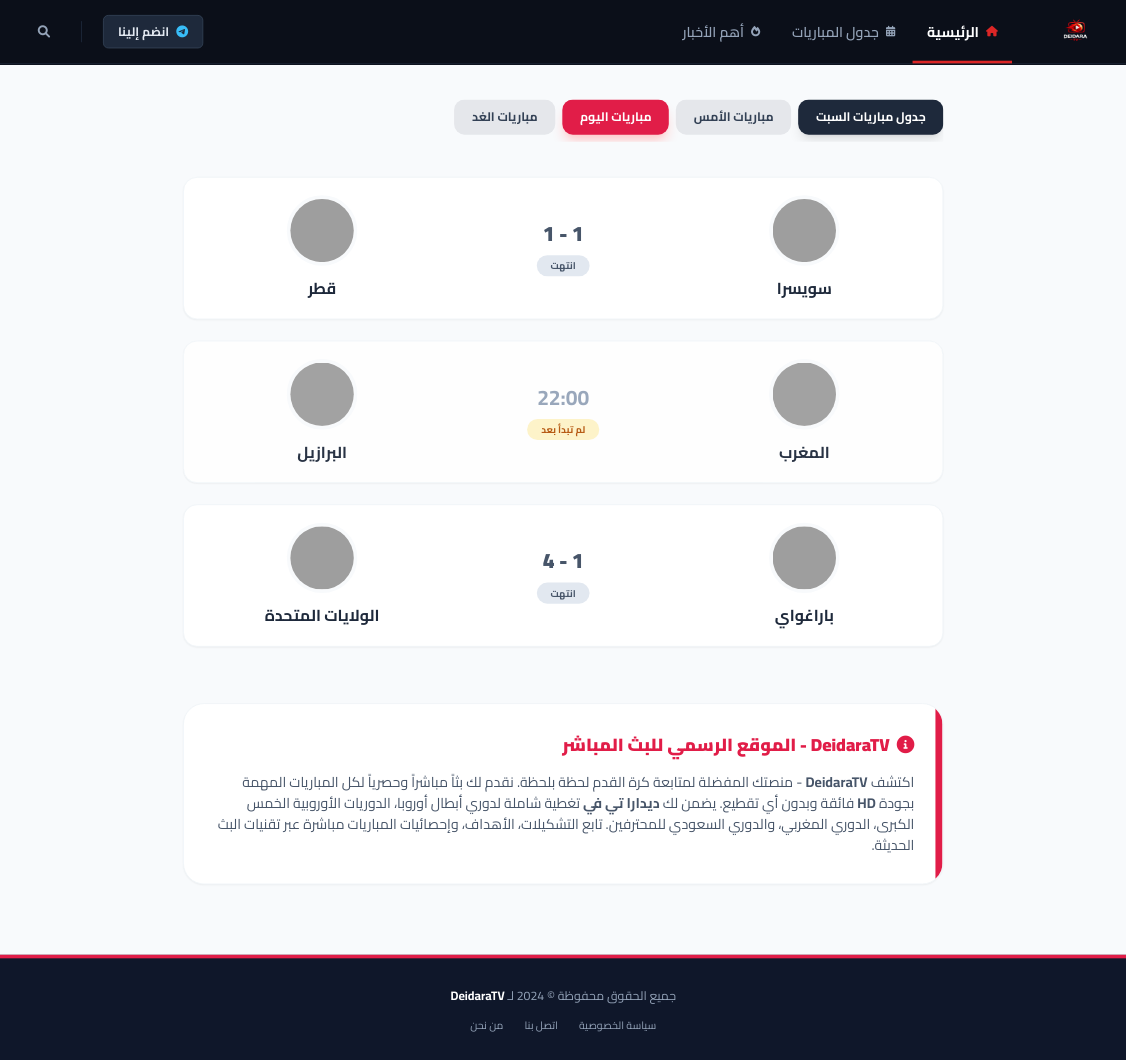
Repository: zakariax05/deidaraTV
Page: index.html
An editor plug-in stored every save of this project. The page is shown before and after the next save, followed by the edit.
The browser window is 1280 px wide. The pictures show the whole page, at 88% of full size.
Pictures or frames that could not be fetched are drawn as grey boxes. Some web libraries are served in a nearby version.

Above is the page before, as saved 2026-06-14 03:45:35.

### index.html
<!DOCTYPE html>
<html lang="ar" dir="rtl">

<head>
  <meta charset="UTF-8">
  <meta name="viewport" content="width=device-width, initial-scale=1.0">
  <title>DeidaraTV - ديدارا تي في | بث مباشر للمباريات</title>
  <script src="https://cdn.tailwindcss.com"></script>
  <link href="https://cdnjs.cloudflare.com/ajax/libs/font-awesome/6.0.0/css/all.min.css" rel="stylesheet">
  <style>
    @import url('https://fonts.googleapis.com/css2?family=Cairo:wght@400;600;700;900&display=swap');

    body {
      font-family: Cairo, sans-serif;
      background-color: #f8fafc;
    }

    .match-card {
      transition: all 0.3s ease;
    }

    .match-card:hover {
      box-shadow: 0 10px 20px -5px rgba(0, 0, 0, 0.1);
    }

    .bg-red-primary {
      background-color: #e11d48;
    }

    .text-red-primary {
      color: #e11d48;
    }

    .border-red-primary {
      border-color: #e11d48;
    }
  </style>
</head>

<body class="text-slate-800">

  <!-- Header / الهيدر -->
  <!-- الهيدر المطور للرئيسية - DeidaraTV -->
  <header class="bg-[#0b0f19] text-slate-300 border-b border-slate-800/80 sticky top-0 z-[100]">
    <div class="container mx-auto px-4 lg:px-8">
      <div class="flex justify-between items-center h-16 md:h-[72px]" dir="rtl">

        <div class="flex items-center gap-8 lg:gap-12">
          <div onclick="window.location.reload()"
            class="flex items-center gap-3 cursor-pointer group select-none relative z-50">
            <img src="imgs/logo-deidaratv.png" alt="DeidaraTV Logo"
              class="h-30 md:h-[50px] w-auto object-contain transition-opacity hover:opacity-80">
          </div>

          <nav class="hidden lg:flex items-center gap-1 h-full">
            <a href="#" class="relative flex items-center gap-2 px-4 h-[72px] text-white font-bold transition-colors">
              <i class="fas fa-home text-xs text-red-600"></i> الرئيسية
              <span class="absolute bottom-0 left-0 w-full h-[3px] bg-red-600"></span>
            </a>
            <a href="#"
              class="flex items-center gap-2 px-4 h-[72px] text-slate-400 hover:text-white hover:bg-white/5 transition-all font-semibold">
              <i class="fas fa-calendar-alt text-xs"></i> جدول المباريات
            </a>
            <a href="#"
              class="flex items-center gap-2 px-4 h-[72px] text-slate-400 hover:text-white hover:bg-white/5 transition-all font-semibold">
              <i class="fas fa-fire text-xs"></i> أهم الأخبار
            </a>
          </nav>
        </div>

        <div class="flex items-center gap-4">

          <a href="#"
            class="bg-[#1e293b] hover:bg-[#334155] border border-slate-700 text-white px-4 py-2 rounded-md transition-all flex items-center gap-2 font-bold text-sm">
            <i class="fab fa-telegram-plane text-[#38bdf8]"></i>
            <span class="hidden md:inline text-slate-200">انضم إلينا</span>
          </a>

          <div class="hidden md:block w-px h-6 bg-slate-800 mx-2"></div>

          <button
            class="w-9 h-9 flex items-center justify-center rounded-md text-slate-400 hover:text-white hover:bg-slate-800 transition-colors">
            <i class="fas fa-search text-sm"></i>
          </button>

          <button
            class="lg:hidden w-9 h-9 flex items-center justify-center rounded-md text-slate-400 hover:text-white hover:bg-slate-800 transition-colors">
            <i class="fas fa-bars text-lg"></i>
          </button>
        </div>

      </div>
    </div>
  </header>

  <!-- Content / المحتوى الرئيسي -->
  <main class="container mx-auto px-4 max-w-4xl mt-10 pb-20">

    <!-- الأزرار العلوية -->
    <div class="flex flex-wrap justify-start gap-2 mb-10 overflow-x-auto pb-2">
      <button class="px-5 py-2.5 bg-slate-800 text-white rounded-xl text-sm font-bold whitespace-nowrap shadow-lg">جدول
        مباريات السبت</button>
      <button
        class="px-5 py-2.5 bg-gray-200 hover:bg-gray-300 text-slate-700 rounded-xl text-sm font-bold transition whitespace-nowrap">مباريات
        الأمس</button>
      <button
        class="px-5 py-2.5 bg-red-primary text-white rounded-xl text-sm font-bold shadow-lg shadow-red-200 whitespace-nowrap">مباريات
        اليوم</button>
      <button
        class="px-5 py-2.5 bg-gray-200 hover:bg-gray-300 text-slate-700 rounded-xl text-sm font-bold transition whitespace-nowrap">مباريات
        الغد</button>
    </div>

    <!-- قائمة المباريات -->
    <div class="space-y-6">

      <!-- مباراة مباشرة -->
      <div
        class="match-card bg-white rounded-2xl p-5 flex items-center justify-between border border-slate-100 shadow-sm">
        <div class="flex flex-col items-center w-1/3">
          <img src="https://flagcdn.com/w160/ch.png" alt="سويسرا"
            class="w-14 h-14 md:w-20 md:h-20 rounded-full object-cover border-4 border-slate-50 shadow-inner mb-3">
          <span class="font-bold text-sm md:text-lg">سويسرا</span>
        </div>

        <div class="flex flex-col items-center w-1/3">
          <div class="text-2xl font-black text-slate-600 mb-2">1 - 1</div>
          <span class="bg-slate-200 text-slate-600 text-[11px] px-4 py-1 rounded-full font-bold">انتهت</span>
        </div>

        <div class="flex flex-col items-center w-1/3">
          <img src="https://flagcdn.com/w160/qa.png" alt="قطر"
            class="w-14 h-14 md:w-20 md:h-20 rounded-full object-cover border-4 border-slate-50 shadow-inner mb-3">
          <span class="font-bold text-sm md:text-lg">قطر</span>
        </div>
      </div>

      <!-- مباراة المغرب (لم تبدأ) -->
      <!-- قمت بتغيير الـ div الأول إلى a وإضافة الرابط و cursor-pointer -->
      <a href="watching-page.html"
        class="match-card bg-white rounded-2xl p-5 flex items-center justify-between border border-slate-100 shadow-sm opacity-95 cursor-pointer hover:bg-slate-50 transition-all block">

        <!-- الفريق الأول -->
        <div class="flex flex-col items-center w-1/3">
          <img src="https://flagcdn.com/w160/ma.png" alt="المغرب"
            class="w-14 h-14 md:w-20 md:h-20 rounded-full object-cover border-4 border-slate-50 shadow-inner mb-3">
          <span class="font-bold text-sm md:text-lg text-slate-800">المغرب</span>
        </div>

        <!-- توقيت المباراة -->
        <div class="flex flex-col items-center w-1/3">
          <div class="text-2xl font-bold text-slate-400 mb-2">22:00</div>
          <span class="bg-amber-100 text-amber-700 text-[11px] px-4 py-1 rounded-full font-bold">لم تبدأ
            بعد</span>
        </div>

        <!-- الفريق الثاني -->
        <div class="flex flex-col items-center w-1/3">
          <img src="https://flagcdn.com/w160/br.png" alt="البرازيل"
            class="w-14 h-14 md:w-20 md:h-20 rounded-full object-cover border-4 border-slate-50 shadow-inner mb-3">
          <span class="font-bold text-sm md:text-lg text-slate-800">البرازيل</span>
        </div>
      </a>

      <!-- مباراة منتهية -->
      <div
        class="match-card bg-white rounded-2xl p-5 flex items-center justify-between border border-slate-100 shadow-sm bg-slate-50/50">
        <div class="flex flex-col items-center w-1/3">
          <img src="https://flagcdn.com/w160/py.png" alt="باراغواي"
            class="w-14 h-14 md:w-20 md:h-20 rounded-full object-cover border-4 border-slate-50 shadow-inner mb-3">
          <span class="font-bold text-sm md:text-lg">باراغواي</span>
        </div>

        <div class="flex flex-col items-center w-1/3">
          <div class="text-2xl font-black text-slate-600 mb-2">1 - 4</div>
          <span class="bg-slate-200 text-slate-600 text-[11px] px-4 py-1 rounded-full font-bold">انتهت</span>
        </div>

        <div class="flex flex-col items-center w-1/3">
          <img src="https://flagcdn.com/w160/us.png" alt="الولايات المتحدة"
            class="w-14 h-14 md:w-20 md:h-20 rounded-full object-cover border-4 border-slate-50 shadow-inner mb-3">
          <span class="font-bold text-sm md:text-lg">الولايات المتحدة</span>
        </div>
      </div>

    </div>

    <!-- SEO / قسم المعلومات -->
    <section
      class="mt-16 bg-white rounded-3xl p-8 border border-slate-100 shadow-sm leading-relaxed relative overflow-hidden">
      <div class="absolute top-0 right-0 w-2 h-full bg-red-primary"></div>
      <h2 class="text-red-primary font-black text-xl mb-4 flex items-center gap-2">
        <i class="fas fa-info-circle"></i> DeidaraTV - الموقع الرسمي للبث المباشر
      </h2>
      <p class="text-slate-600 text-sm md:text-base leading-8">
        اكتشف <strong>DeidaraTV</strong> - منصتك المفضلة لمتابعة كرة القدم لحظة بلحظة. نقدم لك بثاً مباشراً
        وحصرياً لكل المباريات المهمة بجودة <strong>HD</strong> فائقة وبدون أي تقطيع. يضمن لك <strong>ديدارا تي
          في</strong> تغطية شاملة لدوري أبطال أوروبا، الدوريات الأوروبية الخمس الكبرى، الدوري المغربي، والدوري
        السعودي للمحترفين. تابع التشكيلات، الأهداف، وإحصائيات المباريات مباشرة عبر تقنيات البث الحديثة.
      </p>
    </section>

  </main>

  <!-- Footer / الفوتر -->
  <footer class="bg-slate-900 text-slate-400 py-8 text-center border-t-4 border-red-primary">
    <div class="container mx-auto px-4">
      <p class="text-sm">جميع الحقوق محفوظة &copy; 2024 لـ <span class="text-white font-bold">DeidaraTV</span></p>
      <div class="flex justify-center gap-6 mt-4 text-xs">
        <a href="#" class="hover:text-white">سياسة الخصوصية</a>
        <a href="#" class="hover:text-white">اتصل بنا</a>
        <a href="#" class="hover:text-white">من نحن</a>
      </div>
    </div>
  </footer>

</body>

</html>

After the next save:
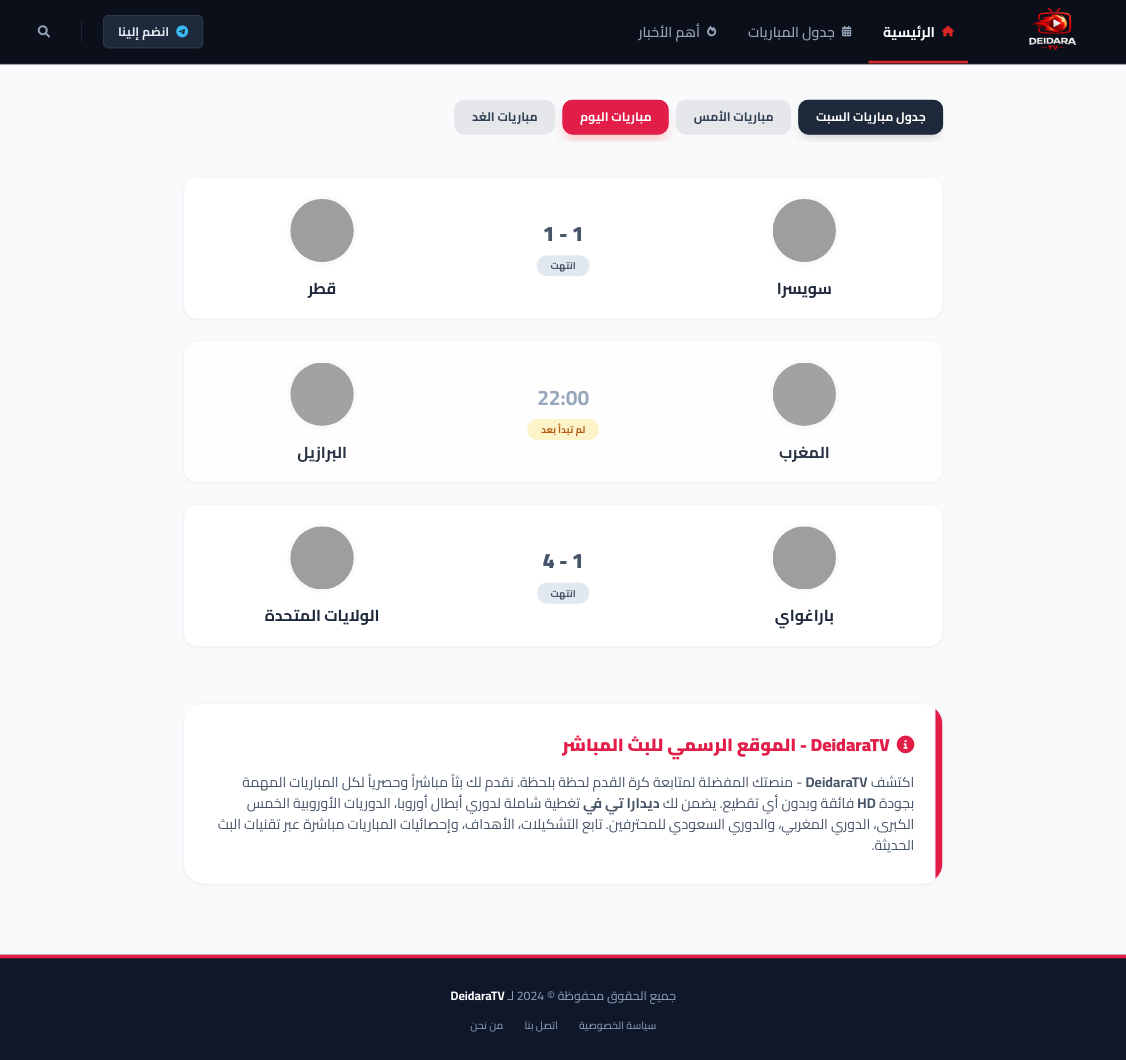
Saved 10 s later.
--- a/index.html
+++ b/index.html
@@ -49,7 +49,7 @@
           <div onclick="window.location.reload()"
             class="flex items-center gap-3 cursor-pointer group select-none relative z-50">
             <img src="imgs/logo-deidaratv.png" alt="DeidaraTV Logo"
-              class="h-30 md:h-[50px] w-auto object-contain transition-opacity hover:opacity-80">
+              class="h-30 md:h-[100px] w-auto object-contain transition-opacity hover:opacity-80">
           </div>
 
           <nav class="hidden lg:flex items-center gap-1 h-full">
